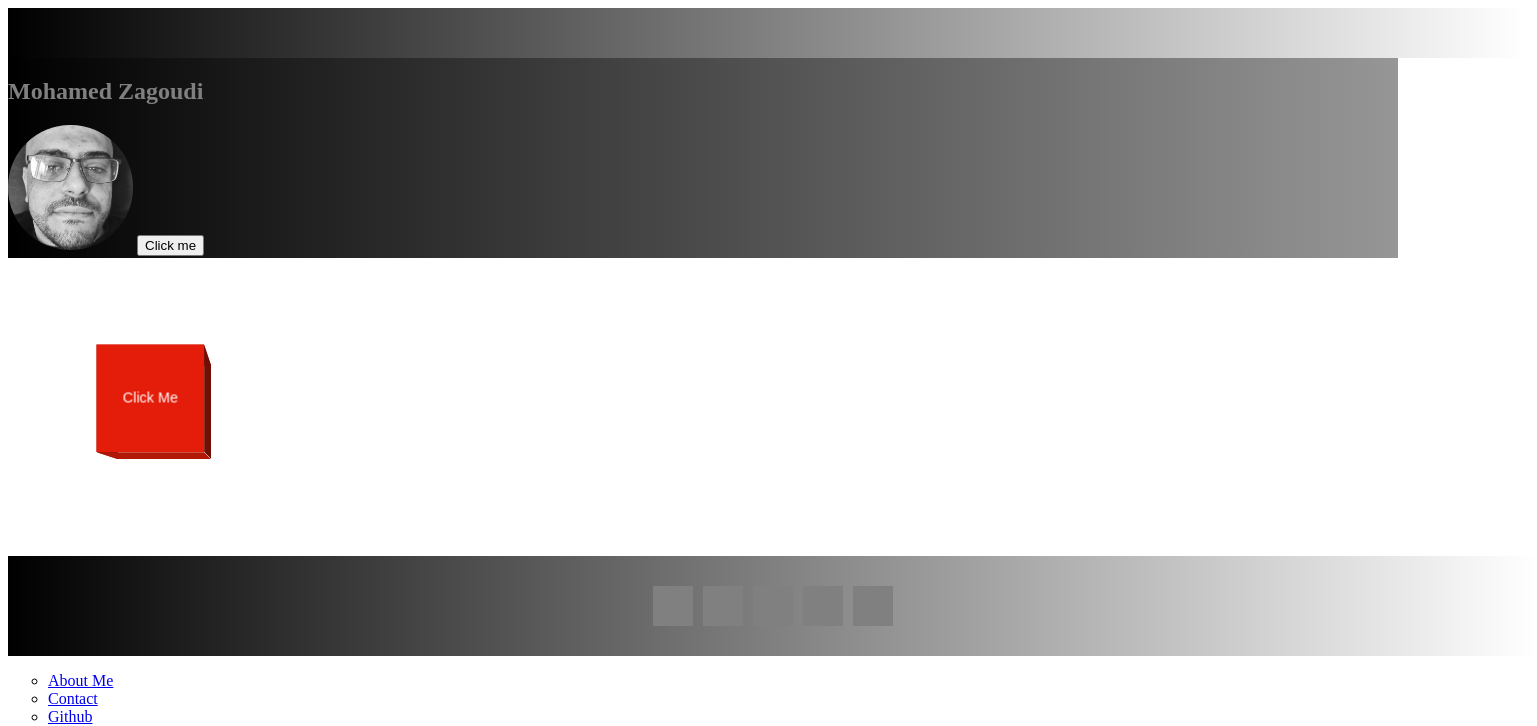
Repository: Mohzagou/Eersteportofolio
Page: index.html
An editor plug-in stored every save of this project. The page is shown before and after the next save, followed by the edit.
The browser window is 1280 px wide. The page is 1537 px wide, so the pictures cover 1537 px, including what lies to the right of the window. The pictures show the whole page.

Above is the page before, as saved 2022-06-07 23:17:16.

### index.html
<!DOCTYPE html>


<head>
    <link rel="stylesheet" href="styles.css" />
    <meta charset="UTF-8">

    <title>Document</title>
</head>

<body>

    <header></header>
    <div class="about-me">
        <h2 id="name">Mohamed Zagoudi</h2>
        <img class="avatar" src="images/67gwzvy.jpeg" alt="Mohamed Zagoudi headshot">
        <button>Click me</button>
        <div class="container">
            <div class="button-container">
                <div class="bottom side"></div>
                <div class="left side"></div>
                <div class="right side"></div>
                <div class="top side"></div>
                <button class="button side" type="button">Click Me</button>
            </div>
        </div>

        <section>
            <div class="test"></div>
            <div class="test"></div>
            <div class="test"></div>
            <div class="test"></div>
            <div class="test"></div>
        </section>
        <footer>
            <ul style="list-style-type: circle ">
                <li><a href=" ">About Me</a></li>
                <li><a href=" ">Contact</a></li>
                <li><a href="https://github.com/Mohzagou ">Github</a></li>

            </ul>

        </footer>



</body>



</html>

### styles.css
            body {
                display: flex;
                flex-direction: column;
            }

            header {
                width: 120%;
                height: 50px;
                background-image: linear-gradient(to right, black, grey, white);
                /*background-color: rgb(113, 74, 145);*/
            }

            section {
                width: 110%;
                height: 100px;
                background-image: linear-gradient(to right, black, grey, white);
                background-color: #234def;
                display: flex;
                align-items: center;
                justify-content: center;
            }

            .about-me {
                width: 110%;
                height: 200px;
                background-image: repeating-linear-gradient(to right, black, grey, white 170%);
                /*background-color: rgb(177, 69, 21, 0.8);*/
                /*margin: 10px 0 10px 0;
    border: solid black 10px;
    border-radius: 15px;*/
            }

            .avatar {
                width: 125px;
                border-radius: 62px;
                background-image: repeating-linear-gradient(to right, black, grey, 110%);
            }

            #name {
                color: grey;
            }

            .test {
                width: 40px;
                height: 40px;
                background-color: grey;
                margin: 5px;
            }

            .button-container {
                --dimension: 100px;
                --adjustment: 0px;
                --red-accent: #B11807;
                --red-dark: #710F05;
                --red: #E31D09;
                height: 100%;
                perspective: 700px;
                perspective-origin: 150% 150%;
                transform-style: preserve-3d;
                width: 100%;
            }

            .button-container:active {
                --adjustment: 100px;
            }

            .side {
                border: none;
                box-sizing: border-box;
                display: block;
                height: calc(var(--dimension) - var(--adjustment));
                position: absolute;
                transition: 0.4s ease-out;
                width: calc(var(--dimension) - var(--adjustment));
            }

            .bottom {
                background: var(--red-accent);
                transform: rotateX(-90deg) translateZ(calc(var(--dimension) / 2 + var(--adjustment) / 2));
                width: var(--dimension);
            }

            .button {
                background-color: var(--red);
                color: #FFFFFF;
                height: var(--dimension);
                transform: translateZ(calc(var(--dimension) / 2 - var(--adjustment) / 2));
                width: var(--dimension);
            }

            .left {
                background: var(--red-dark);
                height: var(--dimension);
                transform: rotateY(-90deg) translateZ(calc(var(--dimension) / 2 - var(--adjustment) / 2));
            }

            .right {
                background: var(--red-dark);
                height: var(--dimension);
                transform: rotateY(90deg) translateZ(calc(var(--dimension) / 2 + var(--adjustment) / 2));
            }

            .top {
                background: var(--red-accent);
                transform: rotateX(90deg) translateZ(calc(var(--dimension) / 2 - var(--adjustment) / 2));
                width: var(--dimension);
            }

            .container {
                box-sizing: border-box;
                padding: 100px;
                height: 300px;
                width: 300px;
            }

After the next save:
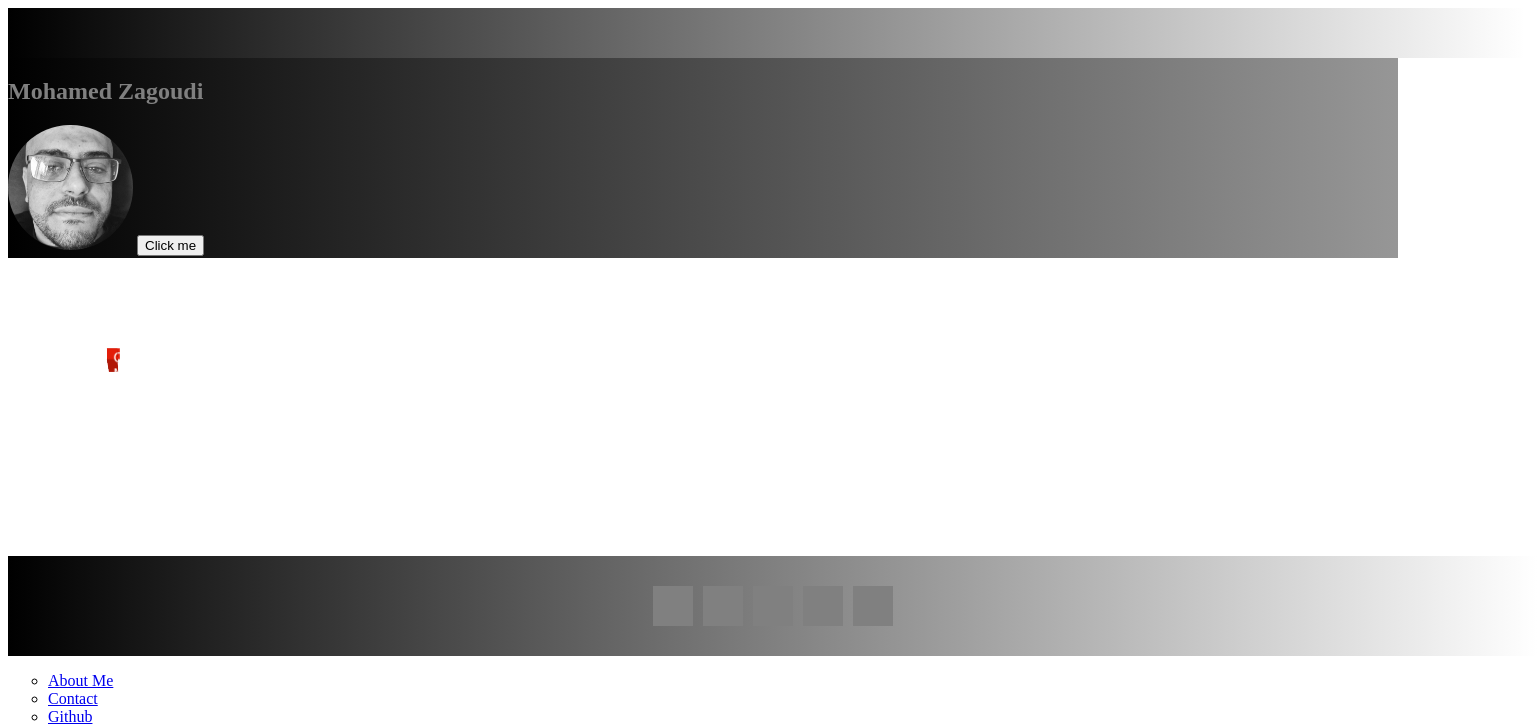
Saved 37 s later.
--- a/styles.css
+++ b/styles.css
@@ -48,20 +48,20 @@
             }
 
             .button-container {
-                --dimension: 100px;
+                --dimension: 10px;
                 --adjustment: 0px;
                 --red-accent: #B11807;
                 --red-dark: #710F05;
                 --red: #E31D09;
                 height: 100%;
-                perspective: 700px;
-                perspective-origin: 150% 150%;
+                perspective: 70px;
+                perspective-origin: 15% 100%;
                 transform-style: preserve-3d;
                 width: 100%;
             }
 
             .button-container:active {
-                --adjustment: 100px;
+                --adjustment: 10px;
             }
 
             .side {
